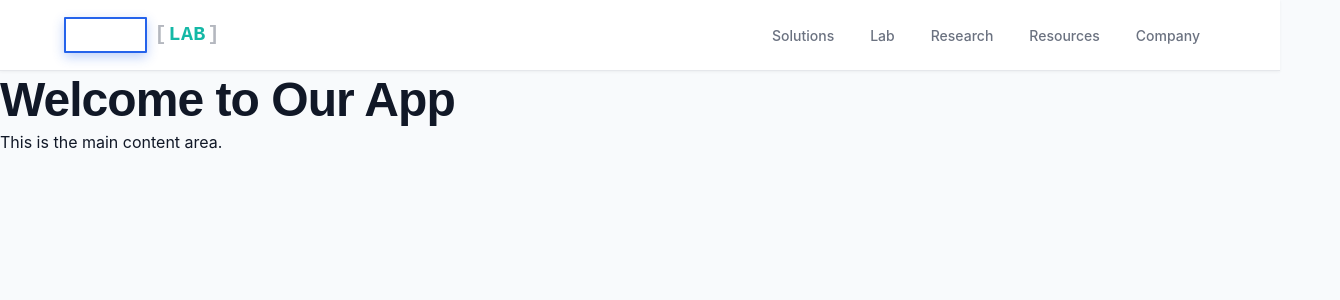
Repository: VladimirGagarin/shelf
Page: /
The author's editor kept a copy of each file at every save. The page is drawn from the files as they stood at one save, then again after the next save.
The browser window is 1280 px wide. The page is 1340 px wide, so the pictures cover 1340 px, including what lies to the right of the window. The pictures show the whole page.
The project was rebuilt for these pictures with package versions that can differ from the ones it lists, and the page was loaded fresh each time. Also part of the build but not shown: vite.config.js, src/App.css, src/About/about.jsx.

Above is the page before, as saved 2026-07-13 18:30:34.

### index.html
<!doctype html>
<html lang="en">
  <head>
    <meta charset="UTF-8" />
    <link rel="icon" type="image/svg+xml" href="/favicon.svg" />
    <meta name="viewport" content="width=device-width, initial-scale=1.0" />
    <title>shelf-lab</title>
  </head>
  <body>
    <div id="root"></div>
    <script type="module" src="/src/main.jsx"></script>
  </body>
</html>

### src/main.jsx
import { StrictMode } from 'react'
import { createRoot } from 'react-dom/client'
import './index.css'
import App from './App.jsx'
import { createBrowserRouter, RouterProvider } from "react-router-dom";
import AboutPage from './About/about.jsx'

const router = createBrowserRouter([
  {
    path: "/",
    element: <App />,
  },
  {
    path: "/about",
    element: <AboutPage />,
  },
  {
    path:"*",
    element: <App/>,
  }
]);

createRoot(document.getElementById('root')).render(
  <StrictMode>
    <RouterProvider router={router} />
  </StrictMode>,
)

### src/App.jsx
import Navbar from "./Shared/components/Navbar"
import './App.css'

function App() {


  return (
    <>
      <Navbar />
      <section className="LandingPage">
        <h1>Welcome to Our App</h1>
        <p>This is the main content area.</p>
      </section>
      <section className="LandingPage"></section>
    </>
  )
}

export default App

### src/Shared/components/Navbar.jsx
import "./Navbar.css";
import { FaBars, FaTimes } from "react-icons/fa";
import { useState, useEffect, useRef } from "react";

export default function Navbar() {
  const [isMobile, setIsMobile] = useState(window.innerWidth <= 768);
  const [isMenuOpen, setIsMenuOpen] = useState(false);
  const menuRef = useRef(null);
  const buttonRef = useRef(null);

  // Handle window resize
  useEffect(() => {
    const handleResize = () => {
      const mobile = window.innerWidth <= 768;
      setIsMobile(mobile);
      if (!mobile) setIsMenuOpen(false); // Close menu on desktop
    };

    window.addEventListener("resize", handleResize);
    return () => window.removeEventListener("resize", handleResize);
  }, []);

  // Handle click outside to close menu
  useEffect(() => {
    const handleClickOutside = (event) => {
      if (
        isMenuOpen &&
        menuRef.current &&
        !menuRef.current.contains(event.target) &&
        !buttonRef.current.contains(event.target)
      ) {
        setIsMenuOpen(false);
      }
    };

    document.addEventListener("mousedown", handleClickOutside);
    return () => document.removeEventListener("mousedown", handleClickOutside);
  }, [isMenuOpen]);

  // Handle escape key to close menu
  useEffect(() => {
    const handleEscape = (event) => {
      if (isMenuOpen && event.key === "Escape") {
        setIsMenuOpen(false);
      }
    };

    document.addEventListener("keydown", handleEscape);
    return () => document.removeEventListener("keydown", handleEscape);
  }, [isMenuOpen]);

  // Prevent body scroll when menu is open on mobile
  useEffect(() => {
    if (isMenuOpen && isMobile) {
      document.body.style.overflow = "hidden";
    } else {
      document.body.style.overflow = "unset";
    }
    return () => {
      document.body.style.overflow = "unset";
    };
  }, [isMenuOpen, isMobile]);

  const toggleMenu = () => {
    setIsMenuOpen(!isMenuOpen);
  };

  const navItems = [
    {
      title: "Solutions",
      children: [
        { label: "Services", link: "/services" },
        { label: "Industries", link: "/industries" },
        { label: "Case Studies", link: "/case-studies" },
        { label: "Request Solution", link: "/request" },
      ],
    },
    {
      title: "Lab",
      children: [
        { label: "Algorithms", link: "/algorithms" },
        { label: "Experiments", link: "/experiments" },
        { label: "Challenges", link: "/challenges" },
        { label: "Demos", link: "/demos" },
      ],
    },
    {
      title: "Research",
      children: [
        { label: "Research Lab", link: "/research" },
        { label: "Benchmarks", link: "/benchmarks" },
        { label: "Publications", link: "/publications" },
      ],
    },
    {
      title: "Resources",
      children: [
        { label: "Blog", link: "/blog" },
        { label: "Tutorials", link: "/tutorials" },
        { label: "Documentation", link: "/docs" },
      ],
    },
    {
      title: "Company",
      children: [
        { label: "About", link: "/about" },
        { label: "Careers", link: "/careers" },
        { label: "Contact", link: "/contact" },
      ],
    },
  ];

  return (
    <>
      <nav className="navbar" role="navigation" aria-label="Main navigation">
        <div className="navbar-container">
          {/* Logo */}
          <div className="nav-logo">
            <a href="/" aria-label="ShelfLab Home">
              <h2 className="hero-title">
                <span className="shelf-box">SHELF</span>
                <span className="lab-text">LAB</span>
              </h2>
            </a>
          </div>

          {/* Desktop Menu */}
          {!isMobile && (
            <div className="nav-menu">
              <ul className="nav-list">
                {navItems.map((item, index) => (
                  <li key={index} className="nav-item">
                    <button
                      className="nav-link"
                      aria-haspopup="true"
                      aria-expanded="false"
                    >
                      {item.title}
                    </button>
                    <ul className="dropdown-menu">
                      {item.children.map((child, childIndex) => (
                        <li key={childIndex}>
                          <a href={child.link} className="dropdown-link">
                            {child.label}
                          </a>
                        </li>
                      ))}
                    </ul>
                  </li>
                ))}
              </ul>
            </div>
          )}

          {/* Mobile Menu Button */}
          {isMobile && (
            <button
              ref={buttonRef}
              className="menu-toggle"
              onClick={toggleMenu}
              aria-label={isMenuOpen ? "Close menu" : "Open menu"}
              aria-expanded={isMenuOpen}
              aria-controls="mobile-menu"
            >
              {isMenuOpen ? <FaTimes /> : <FaBars />}
            </button>
          )}
        </div>
      </nav>

      {/* Mobile Menu Overlay */}
      {isMobile && (
        <div
          id="mobile-menu"
          ref={menuRef}
          className={`mobile-menu ${isMenuOpen ? "open" : ""}`}
          role="dialog"
          aria-modal="true"
          aria-label="Mobile navigation"
        >
          <div className="mobile-menu-content">
            <ul className="mobile-nav-list">
              {navItems.map((item, index) => (
                <li key={index} className="mobile-nav-item">
                  <div className="mobile-nav-header">
                    <span>{item.title}</span>
                  </div>
                  <ul className="mobile-submenu">
                    {item.children.map((child, childIndex) => (
                      <li key={childIndex}>
                        <a
                          href={child.link}
                          className="mobile-nav-link"
                          onClick={() => setIsMenuOpen(false)}
                        >
                          {child.label}
                        </a>
                      </li>
                    ))}
                  </ul>
                </li>
              ))}
            </ul>
          </div>
        </div>
      )}
    </>
  );
}

### src/About/about.css
/* about.css */

/* ========================================
   ABOUT PAGE STYLES
   ======================================== */

   :root {
  /* ===== COLORS ===== */
  /* Backgrounds */
  --bg-primary: #F8FAFC;
  --bg-surface: #FFFFFF;
  --bg-card: #FFFFFF;

  /* Primary */
  --color-primary: #2563EB;
  --color-primary-hover: #1D4ED8;

  /* Accent */
  --color-accent: #14B8A6;

  /* Text */
  --color-text: #111827;
  --color-text-secondary: #6B7280;

  /* Borders */
  --color-border: #E5E7EB;

  /* Status */
  --color-success: #22C55E;
  --color-warning: #F59E0B;
  --color-danger: #EF4444;

  /* ===== TYPOGRAPHY ===== */
  /* Font Families */
  --font-heading: 'Space Grotesk', 'Sora', sans-serif;
  --font-body: 'Inter', -apple-system, BlinkMacSystemFont, 'Segoe UI', Roboto, sans-serif;
  --font-code: 'JetBrains Mono', 'Fira Code', 'Cascadia Code', monospace;

  /* Font Sizes */
  --text-xs: 0.75rem;    /* 12px */
  --text-sm: 0.875rem;   /* 14px */
  --text-base: 1rem;     /* 16px */
  --text-lg: 1.125rem;   /* 18px */
  --text-xl: 1.25rem;    /* 20px */
  --text-2xl: 1.5rem;    /* 24px */
  --text-3xl: 1.875rem;  /* 30px */
  --text-4xl: 2.25rem;   /* 36px */
  --text-5xl: 3rem;      /* 48px */

  /* Font Weights */
  --font-light: 300;
  --font-regular: 400;
  --font-medium: 500;
  --font-semibold: 600;
  --font-bold: 700;
}

/* ===== DARK THEME ===== */
@media (prefers-color-scheme: dark) {
  :root {
    /* Backgrounds */
    --bg-primary: #0B1220;
    --bg-surface: #111827;
    --bg-card: #1E293B;

    /* Primary */
    --color-primary: #3B82F6;
    --color-primary-hover: #2563EB;

    /* Accent */
    --color-accent: #2DD4BF;

    /* Text */
    --color-text: #F8FAFC;
    --color-text-secondary: #CBD5E1;

    /* Borders */
    --color-border: #334155;

    /* Status */
    --color-success: #22C55E;
    --color-warning: #FBBF24;
    --color-danger: #F87171;
  }
}

/* ========================================
   HERO SECTION
   ======================================== */

.hero-section {
  min-height: 80vh;
  display: flex;
  align-items: center;
  background: linear-gradient(135deg, var(--bg-primary) 0%, var(--bg-surface) 100%);
  padding: 4rem 2rem;
  position: relative;
  overflow: hidden;
}

.hero-content {
  flex: 1;
  max-width: 700px;
  position: relative;
  z-index: 2;
}

.hero-badge {
  display: inline-block;
  background: var(--color-primary);
  color: white;
  padding: 0.25rem 1rem;
  border-radius: 50px;
  font-size: var(--text-xs);
  font-weight: var(--font-semibold);
  text-transform: uppercase;
  letter-spacing: 0.05em;
  margin-bottom: 1.5rem;
}

.hero-content h1 {
  font-size: var(--text-5xl);
  font-weight: var(--font-bold);
  color: var(--color-text);
  margin-bottom: 0.5rem;
  letter-spacing: -0.02em;
}

.hero-content h2 {
  font-size: var(--text-3xl);
  font-weight: var(--font-medium);
  color: var(--color-primary);
  margin-bottom: 1.5rem;
}

.hero-description {
  font-size: var(--text-lg);
  color: var(--color-text-secondary);
  line-height: 1.8;
  max-width: 550px;
  margin-bottom: 2rem;
}

.cta-group {
  display: flex;
  gap: 1rem;
  flex-wrap: wrap;
}

.btn-primary {
  display: inline-flex;
  align-items: center;
  gap: 0.5rem;
  background: var(--color-primary);
  color: white;
  padding: 0.75rem 1.75rem;
  border-radius: 0.5rem;
  font-weight: var(--font-medium);
  text-decoration: none;
  transition: all 0.3s ease;
}

.btn-primary:hover {
  background: var(--color-primary-hover);
  transform: translateY(-2px);
  box-shadow: 0 10px 20px rgba(37, 99, 235, 0.3);
}

.btn-secondary {
  display: inline-flex;
  align-items: center;
  gap: 0.5rem;
  background: transparent;
  color: var(--color-text);
  padding: 0.75rem 1.75rem;
  border: 2px solid var(--color-border);
  border-radius: 0.5rem;
  font-weight: var(--font-medium);
  text-decoration: none;
  transition: all 0.3s ease;
}

.btn-secondary:hover {
  border-color: var(--color-primary);
  color: var(--color-primary);
  transform: translateY(-2px);
}

.hero-visual {
  flex: 1;
  position: relative;
  min-height: 400px;
}

.floating-shapes {
  position: relative;
  width: 100%;
  height: 100%;
}

.shape {
  position: absolute;
  border-radius: 50%;
  background: var(--color-primary);
  opacity: 0.1;
  animation: float 6s ease-in-out infinite;
}

.shape-1 {
  width: 200px;
  height: 200px;
  top: 20%;
  right: 20%;
  animation-delay: 0s;
}

.shape-2 {
  width: 150px;
  height: 150px;
  top: 50%;
  right: 50%;
  animation-delay: 2s;
  background: var(--color-accent);
}

.shape-3 {
  width: 100px;
  height: 100px;
  top: 10%;
  right: 60%;
  animation-delay: 4s;
  background: var(--color-success);
}

@keyframes float {
  0%, 100% { transform: translateY(0) rotate(0deg); }
  50% { transform: translateY(-20px) rotate(10deg); }
}

/* ========================================
   WHO WE ARE SECTION
   ======================================== */

.who-we-are-section {
  padding: 5rem 2rem;
  background: var(--bg-surface);
}

.section-container {
  max-width: 1200px;
  margin: 0 auto;
}

.section-header {
  text-align: center;
  margin-bottom: 3rem;
}

.section-tag {
  display: inline-block;
  color: var(--color-primary);
  font-size: var(--text-xs);
  font-weight: var(--font-semibold);
  text-transform: uppercase;
  letter-spacing: 0.1em;
  margin-bottom: 0.5rem;
}

.section-header h2 {
  font-size: var(--text-4xl);
  font-weight: var(--font-bold);
  color: var(--color-text);
  margin-bottom: 0.75rem;
}

.section-subtitle {
  font-size: var(--text-lg);
  color: var(--color-text-secondary);
  max-width: 600px;
  margin: 0 auto;
}

.who-we-are-grid {
  display: grid;
  grid-template-columns: 1fr 1fr;
  gap: 4rem;
  align-items: center;
}

.who-we-are-content p {
  font-size: var(--text-lg);
  color: var(--color-text-secondary);
  line-height: 1.8;
  margin-bottom: 1.5rem;
}

.who-we-are-stats {
  display: grid;
  grid-template-columns: 1fr 1fr 1fr;
  gap: 2rem;
}

.stat-item {
  text-align: center;
  padding: 2rem;
  background: var(--bg-primary);
  border-radius: 0.75rem;
  border: 1px solid var(--color-border);
}

.stat-number {
  display: block;
  font-size: var(--text-3xl);
  font-weight: var(--font-bold);
  color: var(--color-primary);
  margin-bottom: 0.5rem;
}

.stat-label {
  font-size: var(--text-sm);
  color: var(--color-text-secondary);
}

/* ========================================
   MISSION SECTION
   ======================================== */

.mission-section {
  padding: 5rem 2rem;
  background: linear-gradient(135deg, var(--bg-primary) 0%, var(--bg-surface) 100%);
}

.mission-grid {
  display: grid;
  grid-template-columns: 1fr 1fr;
  gap: 3rem;
  max-width: 1000px;
  margin: 0 auto;
}

.mission-card {
  background: var(--bg-card);
  padding: 3rem;
  border-radius: 1rem;
  border: 1px solid var(--color-border);
  text-align: center;
  transition: all 0.3s ease;
}

.mission-card:hover {
  transform: translateY(-5px);
  box-shadow: 0 20px 40px rgba(0, 0, 0, 0.08);
}

.mission-icon {
  font-size: 3rem;
  margin-bottom: 1rem;
}

.mission-card h3 {
  font-size: var(--text-2xl);
  font-weight: var(--font-bold);
  color: var(--color-text);
  margin-bottom: 1rem;
}

.mission-card p {
  color: var(--color-text-secondary);
  line-height: 1.8;
}

/* ========================================
   PRINCIPLES SECTION
   ======================================== */

.principles-section {
  padding: 5rem 2rem;
  background: var(--bg-surface);
}

.principles-cards {
  display: grid;
  grid-template-columns: repeat(auto-fit, minmax(250px, 1fr));
  gap: 2rem;
}

.principle-card {
  background: var(--bg-card);
  padding: 2.5rem 2rem;
  border-radius: 1rem;
  border: 1px solid var(--color-border);
  text-align: center;
  transition: all 0.3s ease;
}

.principle-card:hover {
  transform: translateY(-5px);
  border-color: var(--color-primary);
  box-shadow: 0 10px 30px rgba(37, 99, 235, 0.1);
}

.principle-icon-wrapper {
  display: inline-flex;
  align-items: center;
  justify-content: center;
  width: 64px;
  height: 64px;
  border-radius: 50%;
  background: var(--bg-primary);
  color: var(--color-primary);
  font-size: 1.5rem;
  margin-bottom: 1rem;
  transition: all 0.3s ease;
}

.principle-card:hover .principle-icon-wrapper {
  background: var(--color-primary);
  color: white;
}

.principle-card h3 {
  font-size: var(--text-xl);
  font-weight: var(--font-semibold);
  color: var(--color-text);
  margin-bottom: 0.5rem;
}

.principle-tagline {
  color: var(--color-primary);
  font-weight: var(--font-medium);
  margin-bottom: 0.75rem;
}

.principle-description {
  color: var(--color-text-secondary);
  font-size: var(--text-sm);
  line-height: 1.6;
}

/* ========================================
   WORKFLOW SECTION
   ======================================== */

.workflow-section {
  padding: 5rem 2rem;
  background: var(--bg-primary);
}

.workflow-steps {
  display: flex;
  justify-content: space-between;
  align-items: flex-start;
  gap: 1rem;
  overflow-x: auto;
  padding: 1rem 0;
}

.workflow-step-wrapper {
  display: flex;
  align-items: center;
  flex: 1;
  min-width: 140px;
}

.step-card {
  background: var(--bg-card);
  padding: 2rem 1.5rem;
  border-radius: 0.75rem;
  border: 1px solid var(--color-border);
  text-align: center;
  flex: 1;
  transition: all 0.3s ease;
  position: relative;
}

.step-card:hover {
  transform: translateY(-5px);
  border-color: var(--color-primary);
  box-shadow: 0 10px 30px rgba(37, 99, 235, 0.1);
}

.step-number {
  display: inline-flex;
  align-items: center;
  justify-content: center;
  width: 40px;
  height: 40px;
  border-radius: 50%;
  background: var(--color-primary);
  color: white;
  font-weight: var(--font-bold);
  margin-bottom: 1rem;
}

.step-icon {
  font-size: 1.5rem;
  color: var(--color-primary);
  margin-bottom: 0.75rem;
}

.step-card h3 {
  font-size: var(--text-base);
  font-weight: var(--font-semibold);
  color: var(--color-text);
  margin-bottom: 0.5rem;
}

.step-card p {
  font-size: var(--text-xs);
  color: var(--color-text-secondary);
}

.step-connector {
  color: var(--color-text-secondary);
  font-size: 1.5rem;
  padding: 0 0.5rem;
  flex-shrink: 0;
}

/* ========================================
   INDUSTRIES SECTION
   ======================================== */

.industries-section {
  padding: 5rem 2rem;
  background: var(--bg-surface);
}

.industries-grid {
  display: grid;
  grid-template-columns: repeat(auto-fit, minmax(250px, 1fr));
  gap: 2rem;
}

.industry-card {
  background: var(--bg-card);
  padding: 2.5rem 2rem;
  border-radius: 1rem;
  border: 1px solid var(--color-border);
  text-align: center;
  transition: all 0.3s ease;
}

.industry-card:hover {
  transform: translateY(-5px);
  box-shadow: 0 10px 30px rgba(0, 0, 0, 0.08);
}

.industry-icon {
  font-size: 2.5rem;
  color: var(--color-primary);
  margin-bottom: 1rem;
}

.industry-card h3 {
  font-size: var(--text-xl);
  font-weight: var(--font-semibold);
  color: var(--color-text);
  margin-bottom: 1rem;
}

.industry-items {
  list-style: none;
  padding: 0;
  margin: 0;
}

.industry-items li {
  padding: 0.5rem 0;
  color: var(--color-text-secondary);
  font-size: var(--text-sm);
  border-bottom: 1px solid var(--color-border);
}

.industry-items li:last-child {
  border-bottom: none;
}

/* ========================================
   WHY SHELFLAB SECTION
   ======================================== */

.why-shelflab-section {
  padding: 5rem 2rem;
  background: var(--bg-primary);
}

.why-shelflab-grid {
  display: grid;
  grid-template-columns: repeat(auto-fit, minmax(300px, 1fr));
  gap: 2rem;
}

.why-shelflab-card {
  background: var(--bg-card);
  padding: 3rem 2rem;
  border-radius: 1rem;
  border: 1px solid var(--color-border);
  text-align: center;
  transition: all 0.3s ease;
}

.why-shelflab-card:hover {
  transform: translateY(-5px);
  box-shadow: 0 10px 30px rgba(0, 0, 0, 0.08);
}

.pillar-icon {
  font-size: 3rem;
  color: var(--color-primary);
  margin-bottom: 1rem;
}

.why-shelflab-card h3 {
  font-size: var(--text-xl);
  font-weight: var(--font-semibold);
  color: var(--color-text);
  margin-bottom: 0.75rem;
}

.why-shelflab-card p {
  color: var(--color-text-secondary);
  line-height: 1.6;
}

/* ========================================
   CTA SECTION
   ======================================== */

.cta-section {
  padding: 5rem 2rem;
  background: linear-gradient(135deg, var(--color-primary) 0%, var(--color-primary-hover) 100%);
  text-align: center;
  position: relative;
  overflow: hidden;
}

.cta-section::before {
  content: '';
  position: absolute;
  top: -50%;
  right: -50%;
  width: 100%;
  height: 200%;
  background: rgba(255, 255, 255, 0.05);
  transform: rotate(30deg);
}

.cta-content {
  position: relative;
  z-index: 1;
  max-width: 700px;
  margin: 0 auto;
}

.cta-content h2 {
  font-size: var(--text-4xl);
  font-weight: var(--font-bold);
  color: white;
  margin-bottom: 1.5rem;
}

.cta-content p {
  font-size: var(--text-lg);
  color: rgba(255, 255, 255, 0.9);
  line-height: 1.8;
  margin-bottom: 2rem;
}

.btn-large {
  padding: 1rem 2.5rem;
  font-size: var(--text-lg);
  background: white;
  color: var(--color-primary);
}

.btn-large:hover {
  background: var(--bg-primary);
  transform: translateY(-3px);
  box-shadow: 0 15px 30px rgba(0, 0, 0, 0.2);
}

/* ========================================
   FOOTER
   ======================================== */

.footer {
  background: var(--bg-surface);
  border-top: 1px solid var(--color-border);
  padding: 3rem 2rem 1rem;
}

.footer-content {
  max-width: 1200px;
  margin: 0 auto;
  display: grid;
  grid-template-columns: 2fr 3fr;
  gap: 3rem;
  margin-bottom: 2rem;
}

.footer-brand h2 {
  font-size: var(--text-2xl);
  color: var(--color-primary);
  margin-bottom: 0.5rem;
}

.footer-brand p {
  color: var(--color-text-secondary);
}

.footer-links {
  display: grid;
  grid-template-columns: repeat(3, 1fr);
  gap: 2rem;
}

.footer-column h4 {
  font-size: var(--text-sm);
  font-weight: var(--font-semibold);
  color: var(--color-text);
  margin-bottom: 1rem;
}

.footer-column a {
  display: block;
  color: var(--color-text-secondary);
  text-decoration: none;
  padding: 0.25rem 0;
  font-size: var(--text-sm);
  transition: color 0.3s ease;
}

.footer-column a:hover {
  color: var(--color-primary);
}

.footer-bottom {
  max-width: 1200px;
  margin: 0 auto;
  padding-top: 2rem;
  border-top: 1px solid var(--color-border);
  text-align: center;
}

.footer-bottom p {
  color: var(--color-text-secondary);
  font-size: var(--text-sm);
}

/* ========================================
   RESPONSIVE DESIGN
   ======================================== */

@media (max-width: 1024px) {
  .hero-section {
    flex-direction: column;
    text-align: center;
    padding: 3rem 1.5rem;
  }

  .hero-content {
    max-width: 100%;
  }

  .hero-description {
    margin: 0 auto 2rem;
  }

  .cta-group {
    justify-content: center;
  }

  .who-we-are-grid {
    grid-template-columns: 1fr;
    gap: 2rem;
  }

  .mission-grid {
    grid-template-columns: 1fr;
    gap: 2rem;
  }

  .footer-content {
    grid-template-columns: 1fr;
    gap: 2rem;
  }
}

@media (max-width: 768px) {
  .hero-content h1 {
    font-size: var(--text-3xl);
  }

  .hero-content h2 {
    font-size: var(--text-2xl);
  }

  .hero-description {
    font-size: var(--text-base);
  }

  .who-we-are-stats {
    grid-template-columns: 1fr;
    gap: 1rem;
  }

  .workflow-steps {
    flex-direction: column;
    align-items: stretch;
  }

  .workflow-step-wrapper {
    flex-direction: column;
    min-width: auto;
  }

  .step-connector {
    transform: rotate(90deg);
    padding: 0.5rem 0;
  }

  .footer-links {
    grid-template-columns: 1fr 1fr;
  }

  .cta-content h2 {
    font-size: var(--text-3xl);
  }

  .principles-cards {
    grid-template-columns: 1fr 1fr;
  }
}

@media (max-width: 480px) {
  .hero-section {
    padding: 2rem 1rem;
    min-height: 60vh;
  }

  .hero-content h1 {
    font-size: var(--text-2xl);
  }

  .hero-content h2 {
    font-size: var(--text-xl);
  }

  .cta-group {
    flex-direction: column;
    align-items: center;
  }

  .btn-primary,
  .btn-secondary {
    width: 100%;
    justify-content: center;
  }

  .principles-cards {
    grid-template-columns: 1fr;
  }

  .industries-grid {
    grid-template-columns: 1fr;
  }

  .why-shelflab-grid {
    grid-template-columns: 1fr;
  }

  .footer-links {
    grid-template-columns: 1fr;
  }

  .section-header h2 {
    font-size: var(--text-3xl);
  }

  .mission-card {
    padding: 2rem 1.5rem;
  }
}

/* ========================================
   DARK THEME OVERRIDES
   ======================================== */

@media (prefers-color-scheme: dark) {
  .hero-section {
    background: linear-gradient(135deg, var(--bg-primary) 0%, var(--bg-surface) 100%);
  }

  .mission-section {
    background: linear-gradient(135deg, var(--bg-primary) 0%, var(--bg-surface) 100%);
  }

  .principle-card:hover {
    box-shadow: 0 10px 30px rgba(59, 130, 246, 0.15);
  }

  .stat-item {
    background: var(--bg-surface);
  }

  .cta-section {
    background: linear-gradient(135deg, #1D4ED8 0%, #1E3A8A 100%);
  }
}

/* ========================================
   ACCESSIBILITY
   ======================================== */

@media (prefers-reduced-motion: reduce) {
  * {
    animation-duration: 0.01ms !important;
    animation-iteration-count: 1 !important;
    transition-duration: 0.01ms !important;
  }
}

:focus-visible {
  outline: 2px solid var(--color-primary);
  outline-offset: 2px;
}

/* ========================================
   HERO TITLE WITH STYLED SHELF & LAB
   ======================================== */

.hero-title {
  font-size: var(--text-5xl);
  font-weight: var(--font-bold);
  color: var(--color-text);
  margin-bottom: 0.5rem;
  letter-spacing: -0.02em;
  display: flex;
  align-items: center;
  flex-wrap: wrap;
  gap: 0.25rem;
}

/* SHELF in a box */
.shelf-box {
  display: inline-block;
  background:var(--);
  color: white;
  padding: 0.25rem;
  border-radius: 1px;
  border: 2px solid var(--color-primary);
  font-family: var(--font-heading);
  font-weight: var(--font-bold);
  letter-spacing: 0.05em;
  position: relative;
  transition: all 0.3s ease;
  box-shadow: 0 4px 12px rgba(37, 99, 235, 0.3);
}

.shelf-box:hover {
  transform: scale(1.05);
  box-shadow: 0 8px 24px rgba(37, 99, 235, 0.4);
}

/* LAB in different font */
.lab-text {
  display: inline-block;
  font-family: var(--font-code);
  font-weight: var(--font-bold);
  color: var(--color-accent);
  letter-spacing: 0.02em;
  position: relative;
  padding: 0 0.25rem;
  transition: all 0.3s ease;
}

.lab-text::before {
  content: '[';
  color: var(--color-text-secondary);
  opacity: 0.5;
  margin-right: 0.1rem;
}

.lab-text::after {
  content: ']';
  color: var(--color-text-secondary);
  opacity: 0.5;
  margin-left: 0.1rem;
}

.lab-text:hover {
  color: var(--color-primary);
  transform: translateY(-2px);
}

/* Alternative: If you want LAB in a different color and font with badge style */
.lab-text-badge {
  display: inline-block;
  font-family: var(--font-code);
  font-weight: var(--font-bold);
  background: var(--bg-card);
  color: var(--color-accent);
  padding: 0.1rem 0.5rem;
  border-radius: 0.25rem;
  border: 2px solid var(--color-accent);
  letter-spacing: 0.05em;
  transition: all 0.3s ease;
}

.lab-text-badge:hover {
  background: var(--color-accent);
  color: white;
  transform: rotate(-2deg) scale(1.05);
}

/* ========================================
   RESPONSIVE ADJUSTMENTS FOR TITLE
   ======================================== */

@media (max-width: 768px) {
  .hero-title {
    font-size: var(--text-3xl);
    gap: 0.15rem;
  }

  .shelf-box {
    padding: 0.05rem 0.5rem;
    font-size: var(--text-3xl);
  }

  .lab-text {
    font-size: var(--text-3xl);
  }
}

@media (max-width: 480px) {
  .hero-title {
    font-size: var(--text-2xl);
    gap: 0.1rem;
  }

  .shelf-box {
    padding: 0.05rem 0.4rem;
    font-size: var(--text-2xl);
  }

  .lab-text {
    font-size: var(--text-2xl);
  }
}

Loaded but not shown: src/Shared/components/Navbar.css (606 lines, source omitted); src/index.css (384 lines, source omitted)

After the next save:
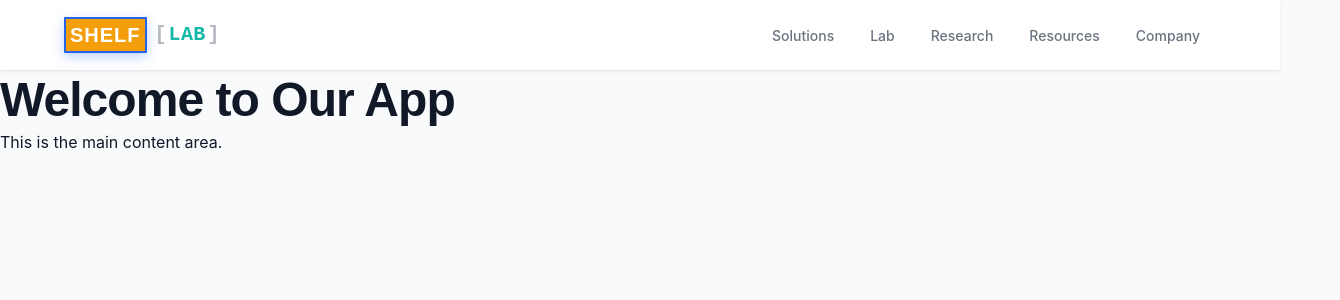
Saved 8 s later.
--- a/src/About/about.css
+++ b/src/About/about.css
@@ -945,7 +945,7 @@
 /* SHELF in a box */
 .shelf-box {
   display: inline-block;
-  background:var(--);
+  background:var(--color-warning);
   color: white;
   padding: 0.25rem;
   border-radius: 1px;
